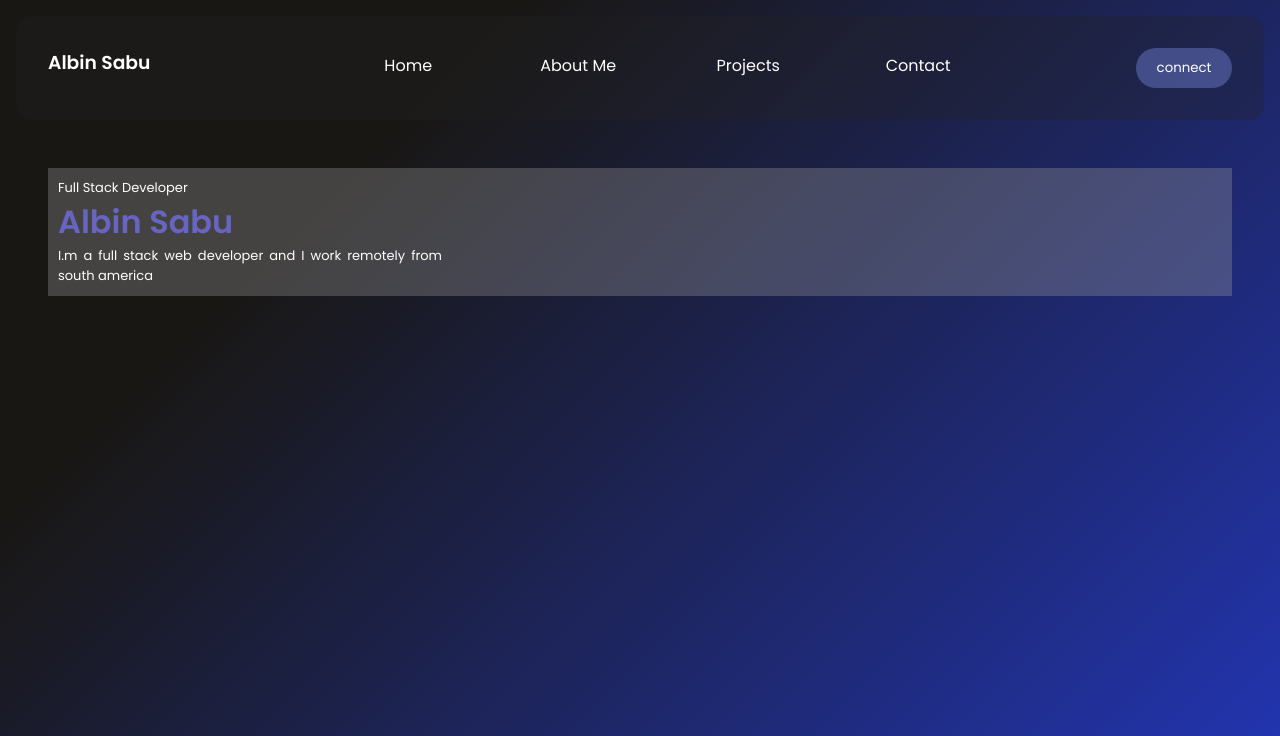
Repository: albinsabu2023/personalwebsite
Page: index.html
These files come from the project's save history. The page is drawn as it stood at one moment and after a run of saves; the edit follows.
The browser window is 1280 px wide. The pictures show the whole page.

Above is the page before, as saved 2023-09-02 12:39:47.

After the next 2 saves:
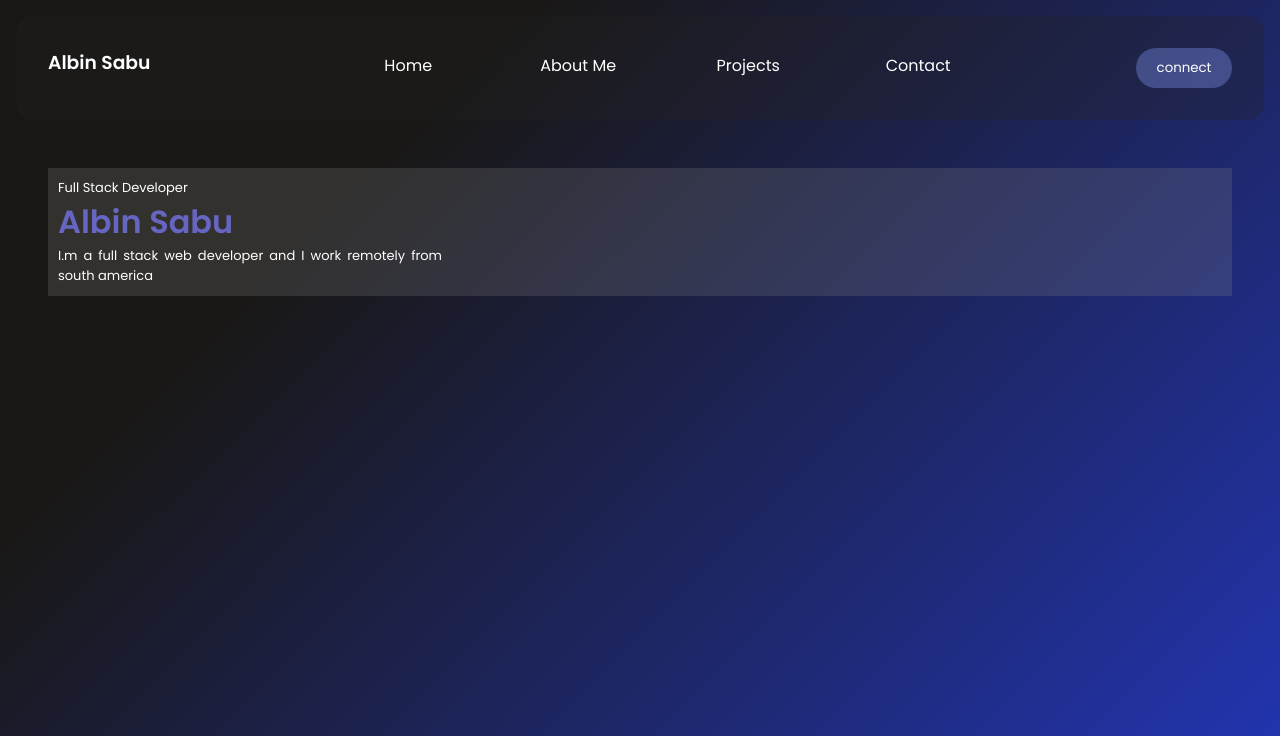
The 2 saves are shown as one change because they came seconds apart.
The last was saved 11 s later.
--- a/style.css
+++ b/style.css
@@ -70,7 +70,7 @@ nav ul li a{
 #home{
     margin: 3rem;
     padding: 10px;
-    background: rgb(153, 153, 153,0.34);
+    background: rgba(128, 128, 128, 0.24);
 }
 .profile__text{
     width: 30vw;
